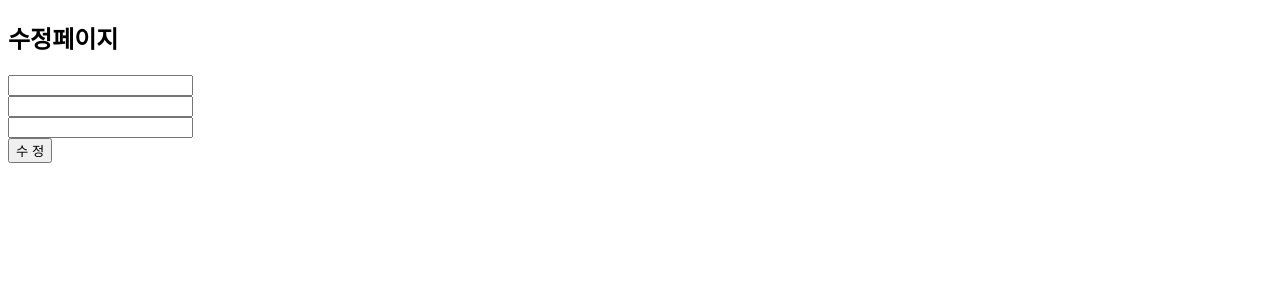
Repository: Lee-seongBeom/Bitframe
Page: http://localhost/struts02/wepapp/edit.jsp
The author's editor kept a copy of each file at every save. The page is drawn from the files as they stood at one save, then again after the next save.
The browser window is 1280 px wide. The pictures show the whole page.
The page is served by Tomcat 9.

Above is the page before, as saved 2020-09-01 05:44:12.

After the next save:
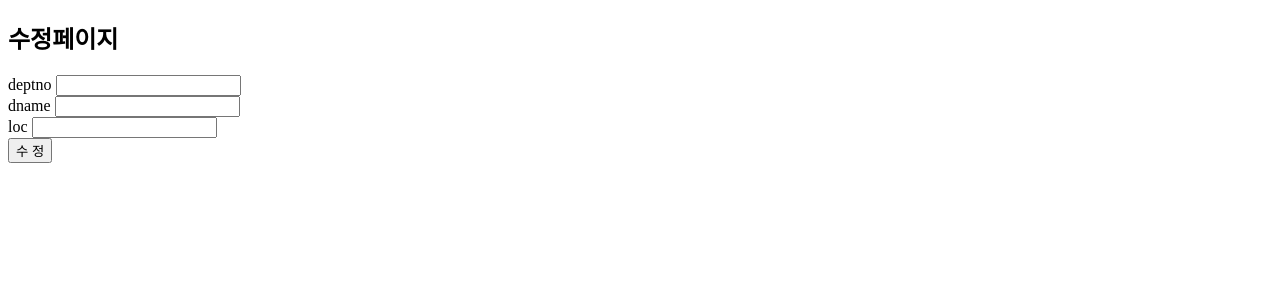
Saved 24 s later.
--- a/struts02/wepapp/edit.jsp
+++ b/struts02/wepapp/edit.jsp
@@ -10,16 +10,16 @@
 	<h2>수정페이지</h2>
 	<form action="update.action" method="post">
 		<div>
-			<label for=""></label>
-			<input type="text" name="" id="" value=""/>
+			<label for="deptno">deptno</label>
+			<input type="text" name="deptno" id="deptno" value=""/>
 		</div>
 		<div>
-			<label for=""></label>
-			<input type="text" name="" id="" value=""/>
+			<label for="dname">dname</label>
+			<input type="text" name="dname" id="dname" value=""/>
 		</div>
 		<div>
-			<label for=""></label>
-			<input type="text" name="" id="" value=""/>
+			<label for="loc">loc</label>
+			<input type="text" name="loc" id="loc" value=""/>
 		</div>
 		<div>
 			<button>수 정</button>
